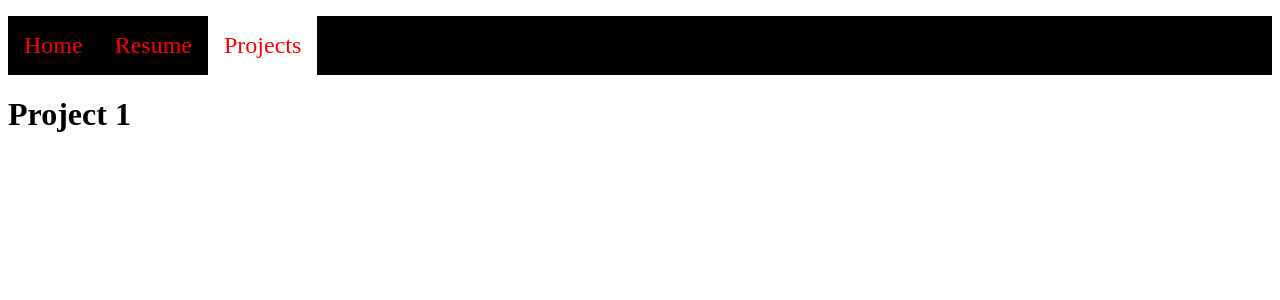
Repository: Kur0bane/Kur0bane.github.io
Page: project1.html
The author's editor kept a record of every edit. The page is drawn from the files as they stood at one moment, then again after the next edit.
The browser window is 1280 px wide. The pictures show the whole page.

Above is the page before.

After the next edit:
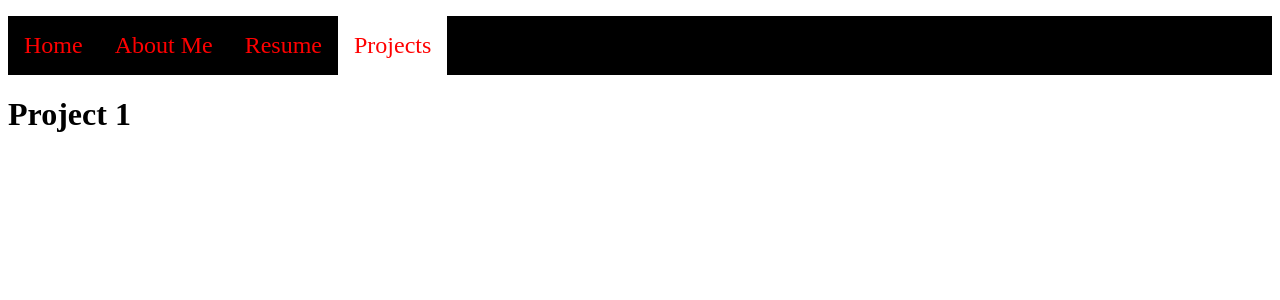
The edit:
--- a/project1.html
+++ b/project1.html
@@ -9,6 +9,7 @@
     <body>
         <ul class="navbar">
             <li><a href="index.html">Home</a></li>
+            <li><a href="aboutme.html">About Me</a></li>
             <li><a href="resume.html">Resume</a></li>
             <li class="dropdown">
                 <div class="active">Projects</div>
